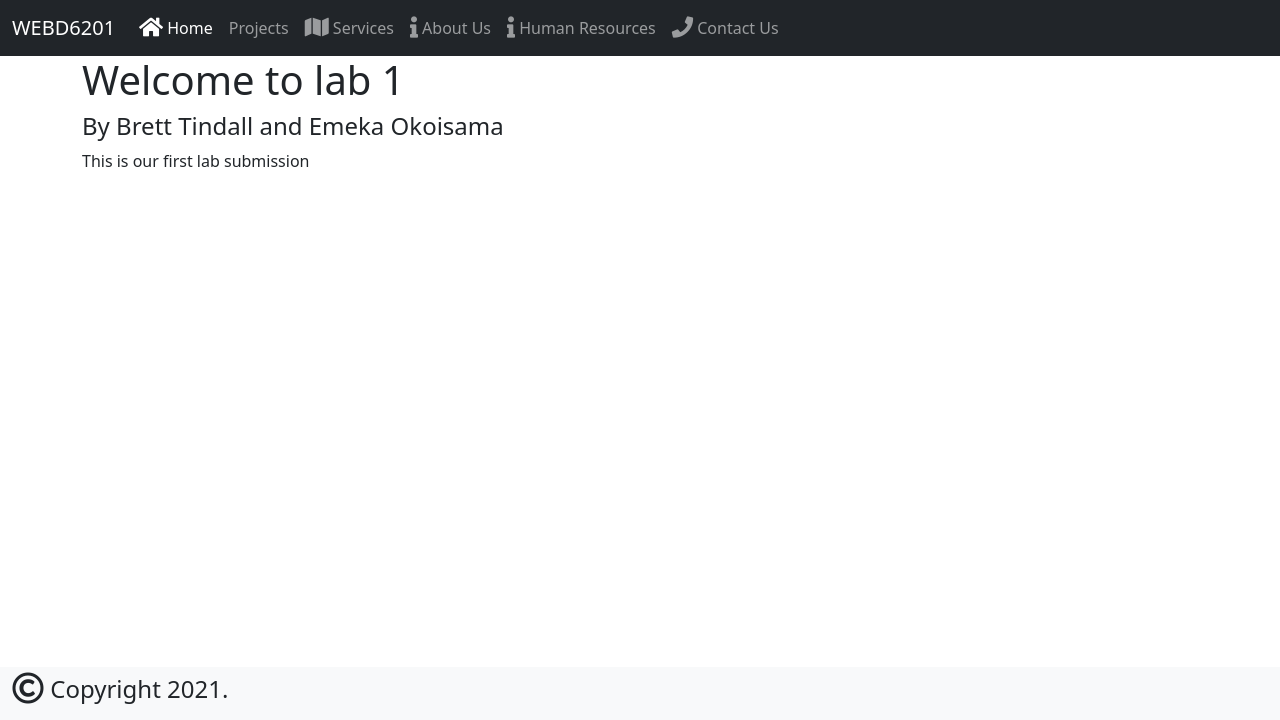
Repository: Sub4Sub/Lab_1
Page: index.html
An editor plug-in stored every save of this project. The page is shown before and after the next save, followed by the edit.
The browser window is 1280 px wide. The pictures show the whole page.

Above is the page before, as saved 2021-02-05 02:44:06.

After the next save:
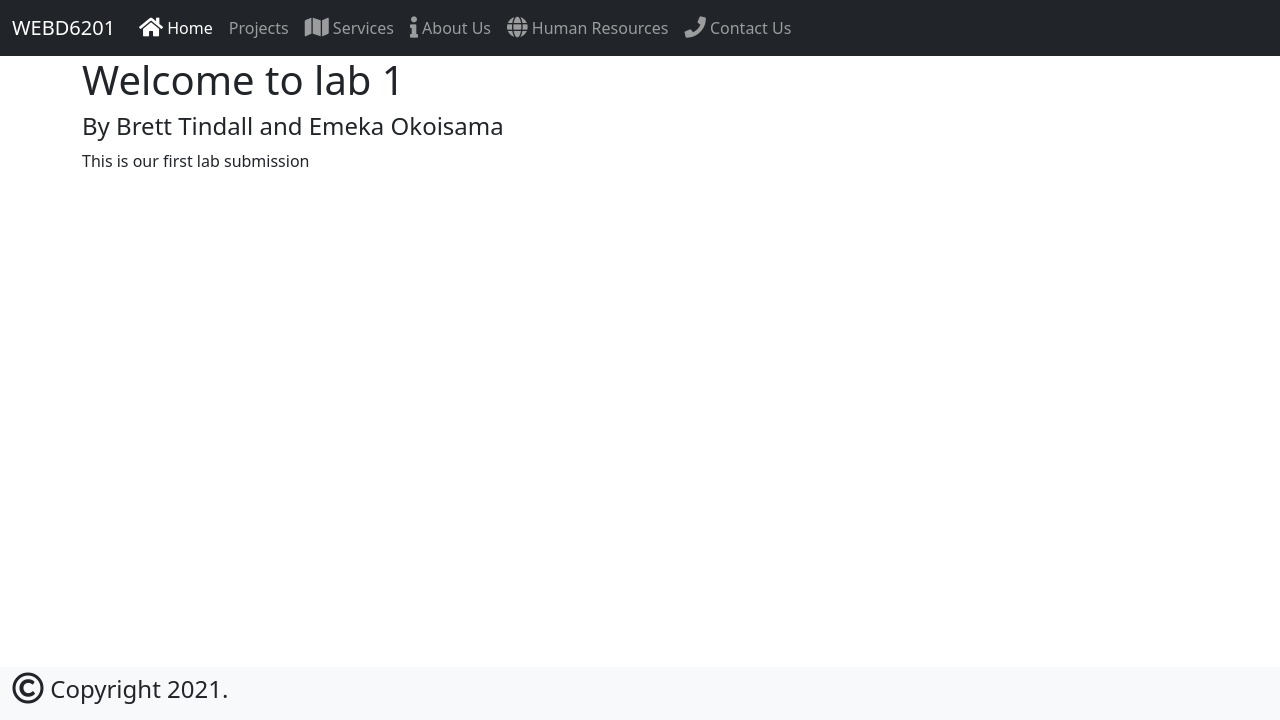
Saved 49 s later.
--- a/Scripts/app.js
+++ b/Scripts/app.js
@@ -149,7 +149,7 @@
       newListItem.innerHTML =
       `
       <li class="nav-item">
-        <a class="nav-link" id="HumanResourcesLink" aria-current="page" href="Human-Resources.html"><i class="fas fa-info fa-lg"></i> Human Resources</a>
+        <a class="nav-link" id="HumanResourcesLink" aria-current="page" href="Human-Resources.html"><i class="fas fa-globe fa-lg"></i> Human Resources</a>
       </li>
       `
 
